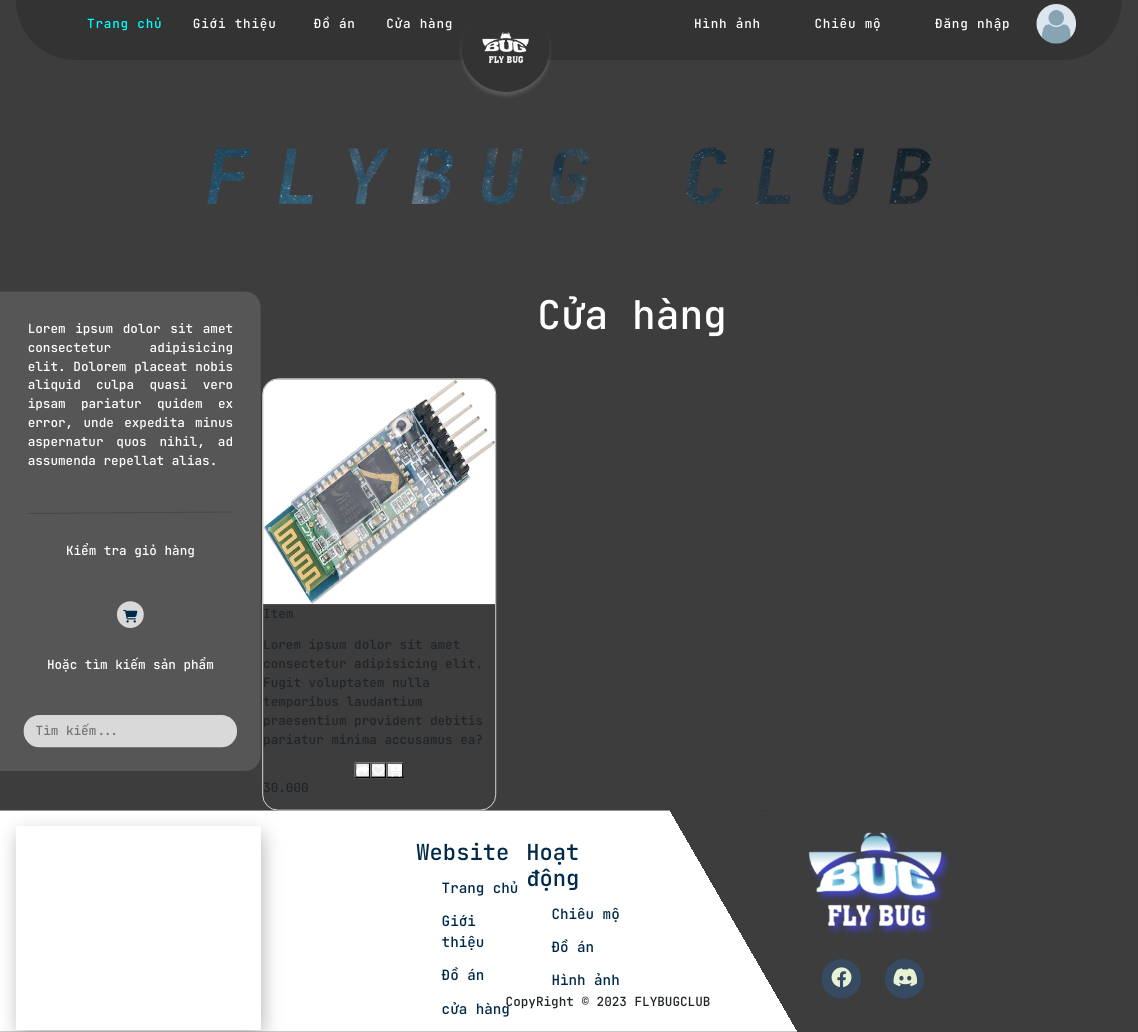
Repository: NQD2308/FlyBugClub_WebApp
Page: PROJECT FLYNUG/html/store.html
The author's editor kept a copy of each file at every save. The page is drawn from the files as they stood at one save, then again after the next save.
The browser window is 1280 px wide. The page is 1440 px wide, so the pictures cover 1440 px, including what lies to the right of the window. The pictures show the whole page, at 79% of full size.
Pictures or frames that could not be fetched are drawn as grey boxes.

Above is the page before, as saved 2023-09-18 10:55:00.

After the next save:
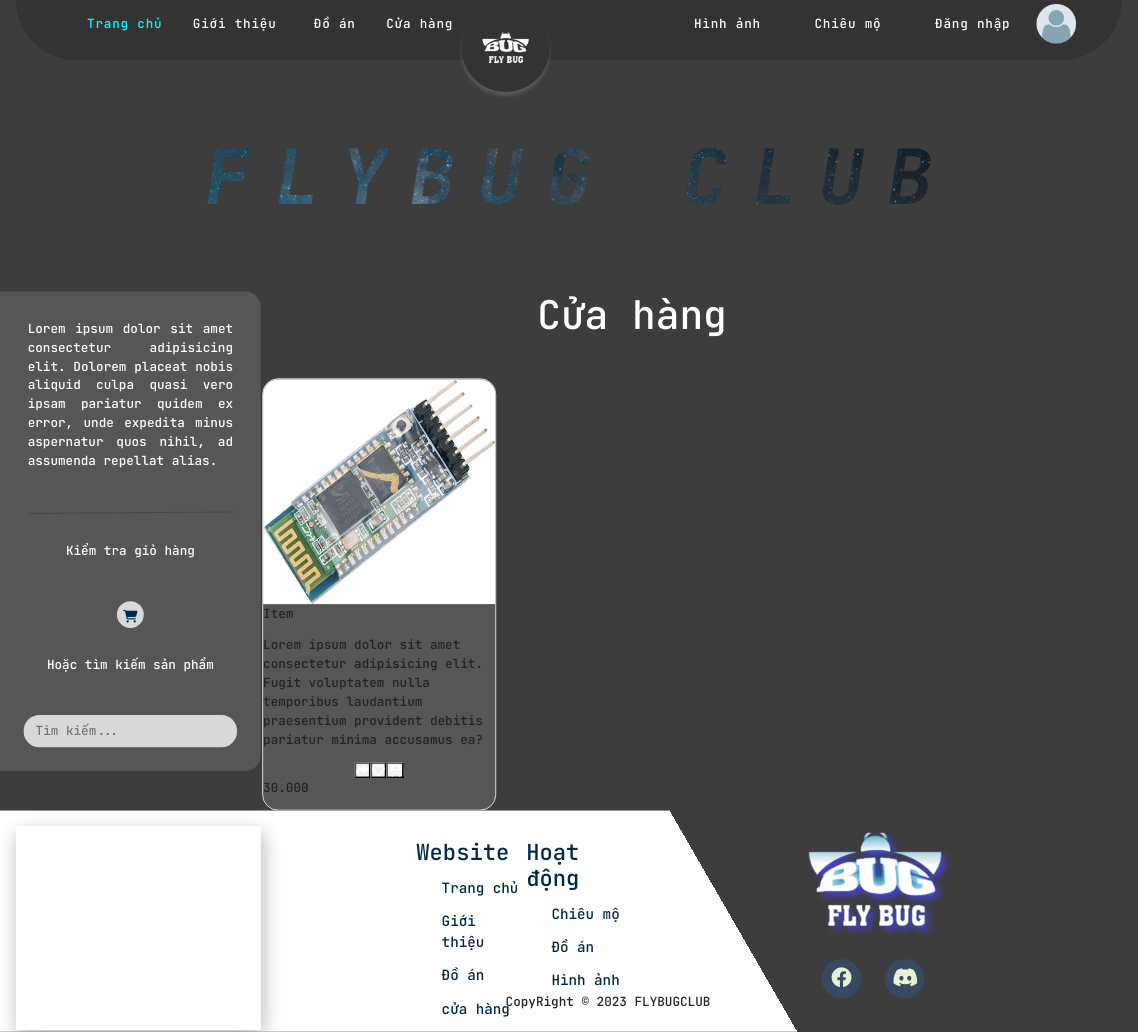
Saved 32 s later.
--- a/PROJECT FLYNUG/css/style.css
+++ b/PROJECT FLYNUG/css/style.css
@@ -198,7 +198,7 @@
 }
 
 .body .right .store .item-card{
-    /* width: 275px; */
+   background-color: #565656;
     border: white 1px solid;
     border-radius: 20px;
 }
